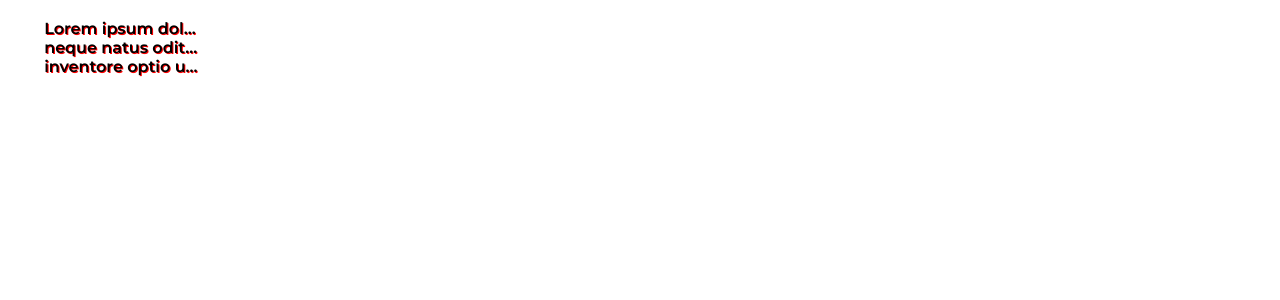
Repository: tranvantai2905/likelion
Page: WEEK-1/BUOI-5/bai_tap_7_tran_van_tai/index.html
An editor plug-in stored every save of this project. The page is shown before and after the next save, followed by the edit.
The browser window is 1280 px wide. The pictures show the whole page.

Above is the page before, as saved 2024-06-21 10:45:09.

After the next save:
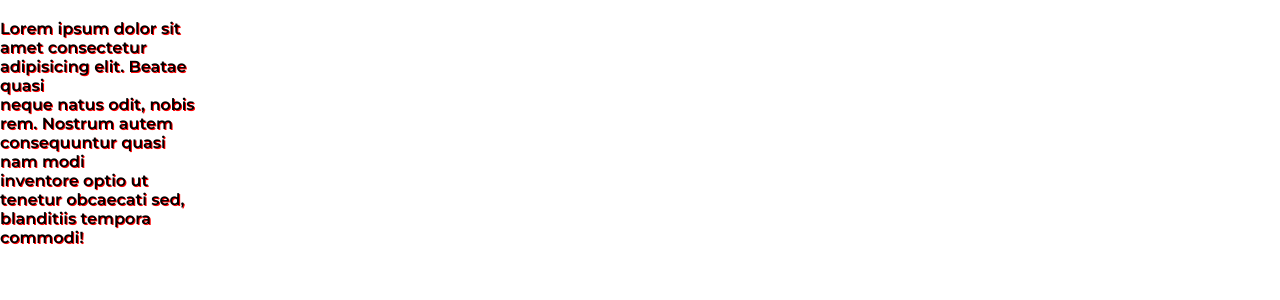
Saved 32 s later.
--- a/WEEK-1/BUOI-5/bai_tap_7_tran_van_tai/style.css
+++ b/WEEK-1/BUOI-5/bai_tap_7_tran_van_tai/style.css
@@ -12,7 +12,7 @@ body {
 
 p{
     width: 200px;
-    white-space: pre;
+    white-space: pre-line;
     overflow: hidden;
     text-overflow: ellipsis;
     /* -webkit-text-stroke: 1px red; */
